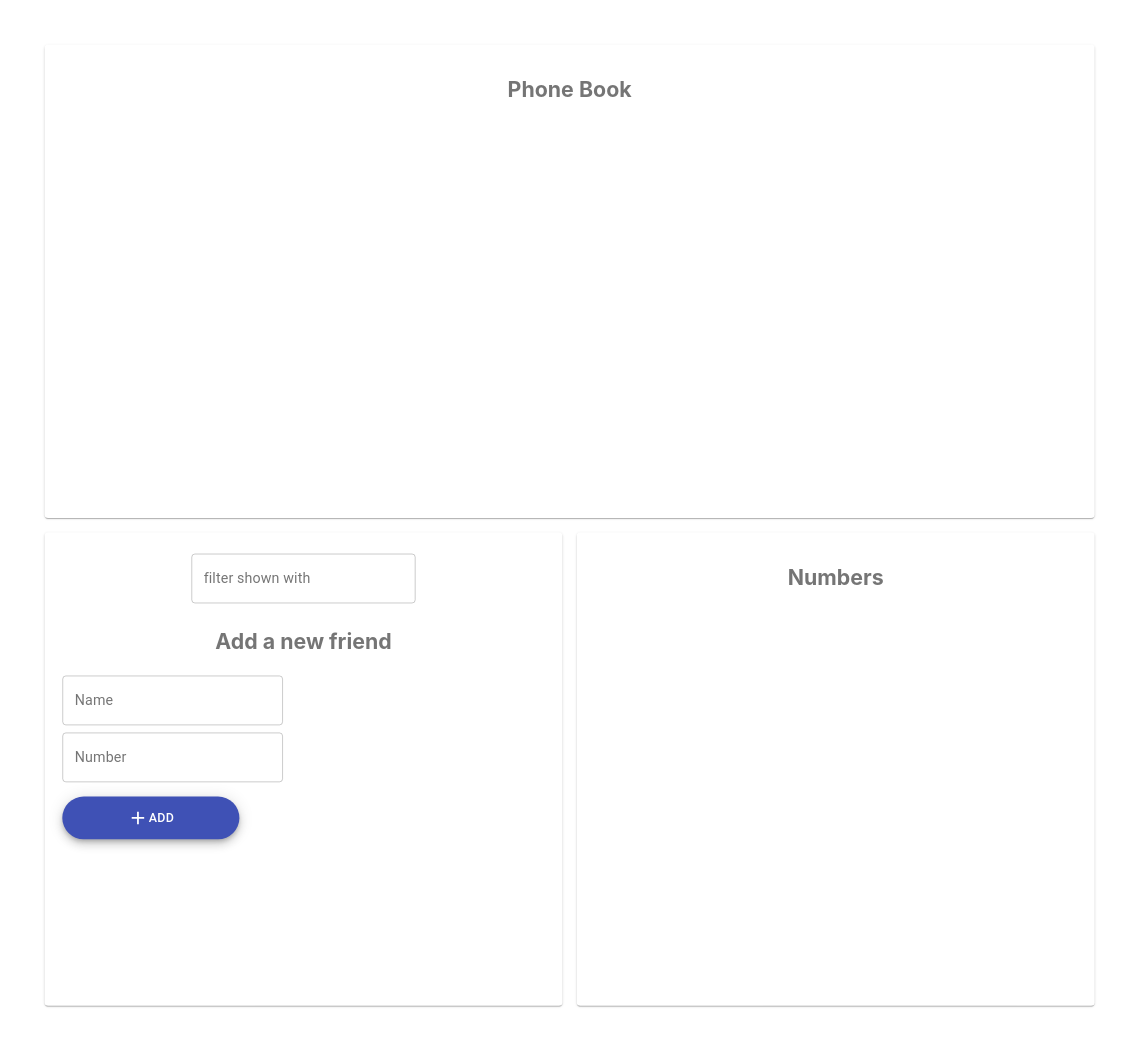
Repository: StacyLafume/phone-book
Page: / (app in phone-book/)
These files come from the project's save history. The page is drawn as it stood at one moment and after the next save; the edit follows.
The browser window is 1280 px wide. The pictures show the whole page, at 89% of full size.
The page's requests for data from a server got no answer. The project was rebuilt for these pictures with package versions that can differ from the ones it lists, and the page was loaded fresh each time. No one was signed in, and anything a server would have sent is missing. Also part of the build but not shown: phone-book/src/PhoneBook.js.

Above is the page before, as saved 2021-04-02 01:14:53.

After the next save:
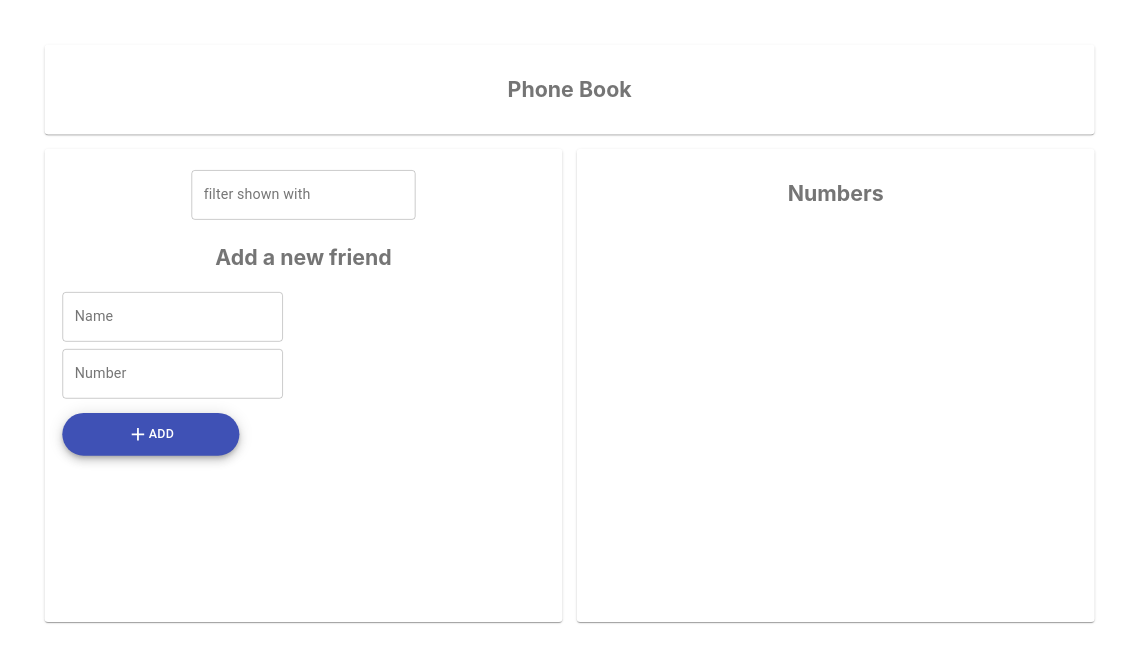
Saved 23 s later.
--- a/phone-book/src/App.js
+++ b/phone-book/src/App.js
@@ -197,7 +197,7 @@ const App = () => {
     <Box className={classes.root}>
       <Grid container spacing={2}>
       <Grid item xs={12}>
-      <Paper className={classes.paper}>
+      <Paper className={classes.header1}>
         <h2>Phone Book</h2>
         </Paper>
         </Grid>
